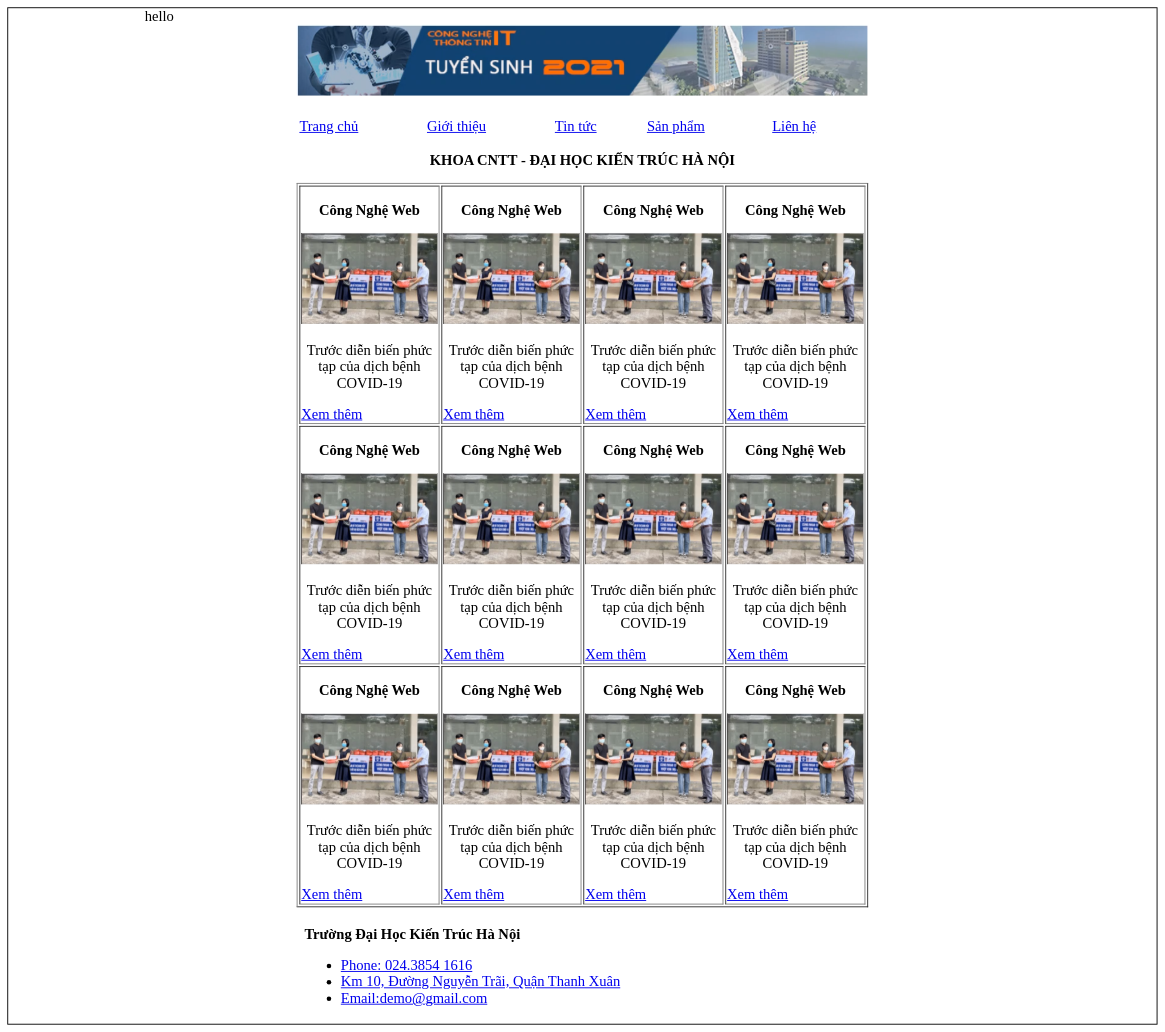
Repository: longtn213/Frond_end_HTML-CSS
Page: Front-End/Demohtml/baitapbuoi2.html
An editor plug-in stored every save of this project. The page is shown before and after the next save, followed by the edit.
The browser window is 1280 px wide. The pictures show the whole page, at 91% of full size.

Above is the page before, as saved 2021-09-09 14:43:11.

After the next save:
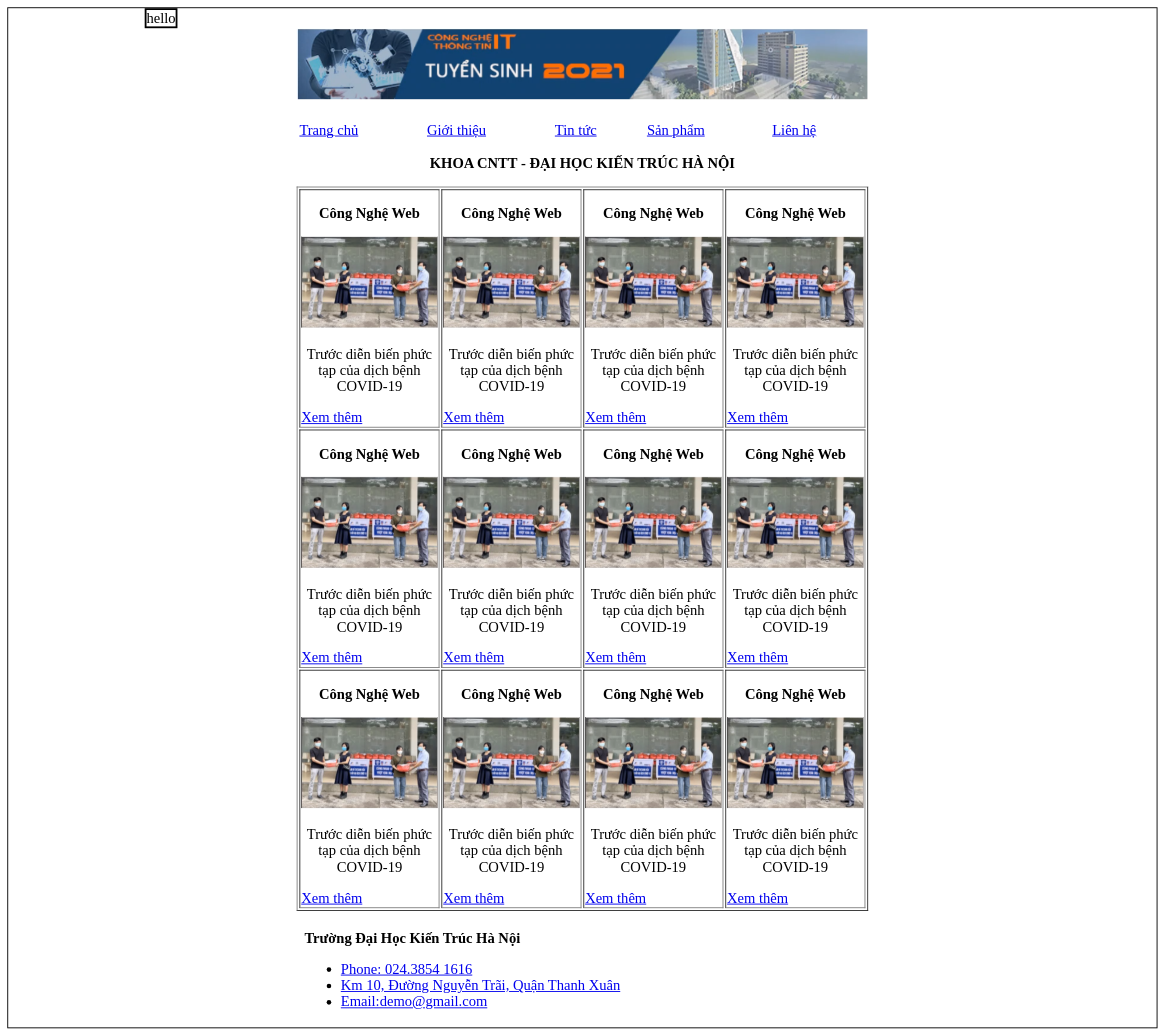
Saved 20 s later.
--- a/Front-End/Demohtml/baitapbuoi2.html
+++ b/Front-End/Demohtml/baitapbuoi2.html
@@ -13,7 +13,7 @@
 </head>
 
 <body style="border: 1px solid #000;">
-	<div class="ngancach" style="display: inline-block; margin-left: 150px;">
+	<div class="ngancach" style="display: inline-block; margin-left: 150px;border: 2px solid #000;">
 		hello
 	</div>
 	<center>

After the save that followed:
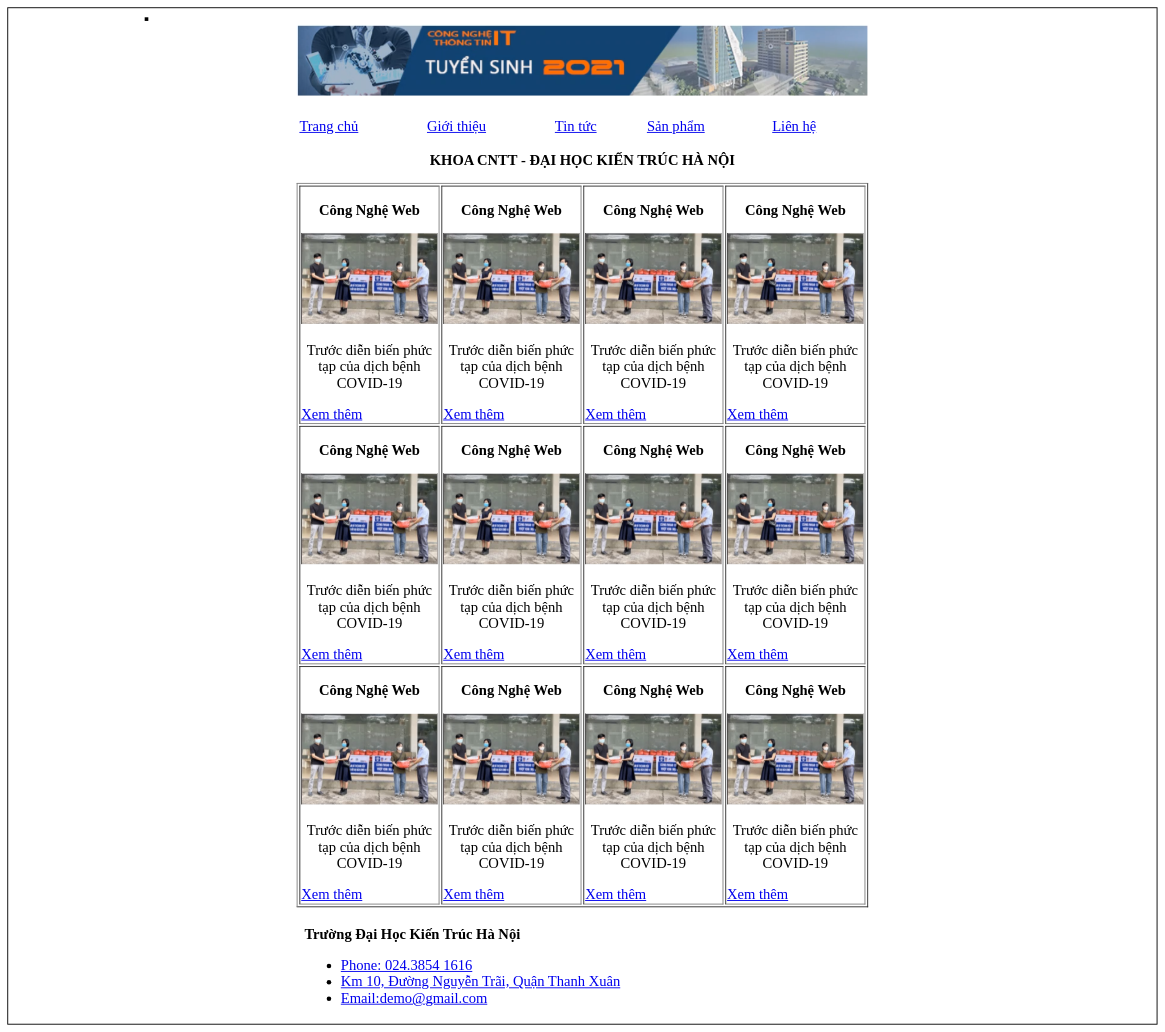
Saved 10 s later.
--- a/Front-End/Demohtml/baitapbuoi2.html
+++ b/Front-End/Demohtml/baitapbuoi2.html
@@ -14,7 +14,7 @@
 
 <body style="border: 1px solid #000;">
 	<div class="ngancach" style="display: inline-block; margin-left: 150px;border: 2px solid #000;">
-		hello
+
 	</div>
 	<center>
 		<img class="anhtop" width="628px" src="./img/slider.png"">
